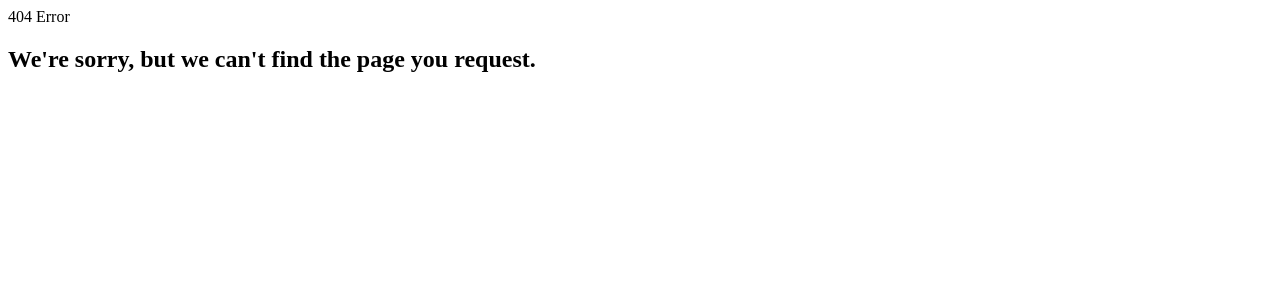
Repository: weijj/workspace
Page: roadrantz/src/main/webapp/WEB-INF/error.html
An editor plug-in stored every save of this project. The page is shown before and after the next save, followed by the edit.
The browser window is 1280 px wide. The pictures show the whole page.

Above is the page before, as saved 2014-07-08 08:23:28.

### roadrantz/src/main/webapp/WEB-INF/error.html
<html>
	<head>404 Error</head>
	<body>
		<h2>We're sorry, but we can't find the page you request.</h2>
	</body>
</html>

After the next save:
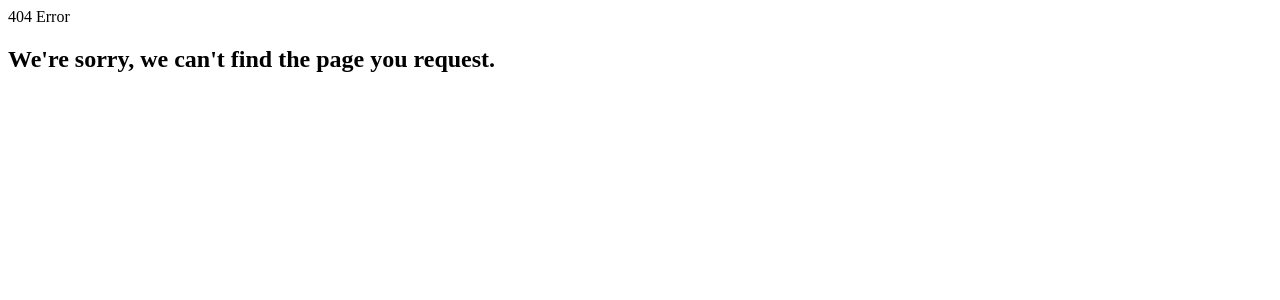
Saved 3 s later.
--- a/roadrantz/src/main/webapp/WEB-INF/error.html
+++ b/roadrantz/src/main/webapp/WEB-INF/error.html
@@ -1,6 +1,6 @@
 <html>
 	<head>404 Error</head>
 	<body>
-		<h2>We're sorry, but we can't find the page you request.</h2>
+		<h2>We're sorry,  we can't find the page you request.</h2>
 	</body>
 </html>
